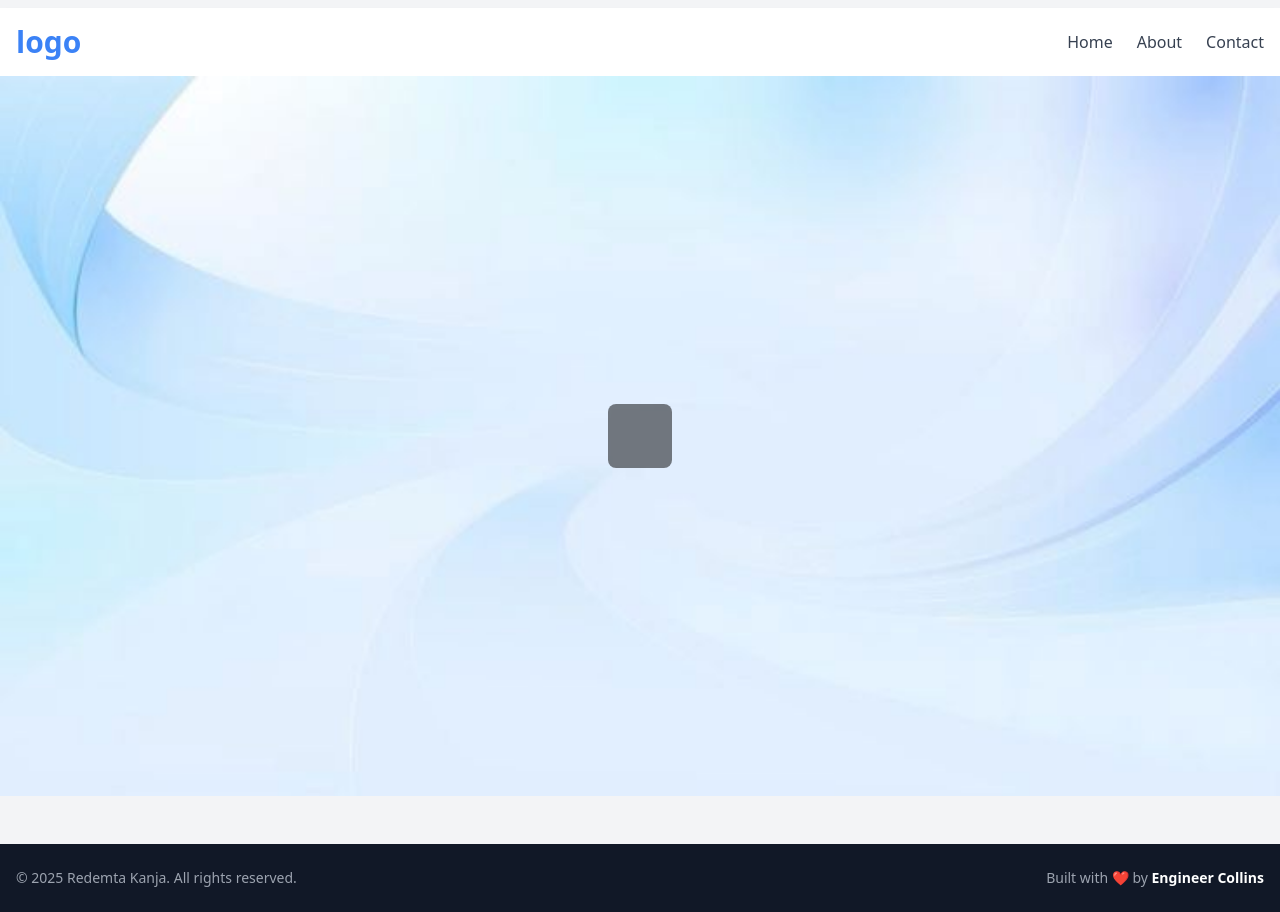
Repository: Engineer-collo/Redemta-Kanja-s-website
Page: /about
An editor plug-in stored every save of this project. The page is shown before and after a run of saves, followed by the edit.
The browser window is 1280 px wide. The pictures show the whole page.
The project was rebuilt for these pictures with package versions that can differ from the ones it lists, and the page was loaded fresh each time. Also part of the build but not shown: vite.config.js, src/pages/Home.jsx, src/pages/Contact.jsx.

Above is the page before, as saved 2025-05-17 20:38:58.

After the next 2 saves:
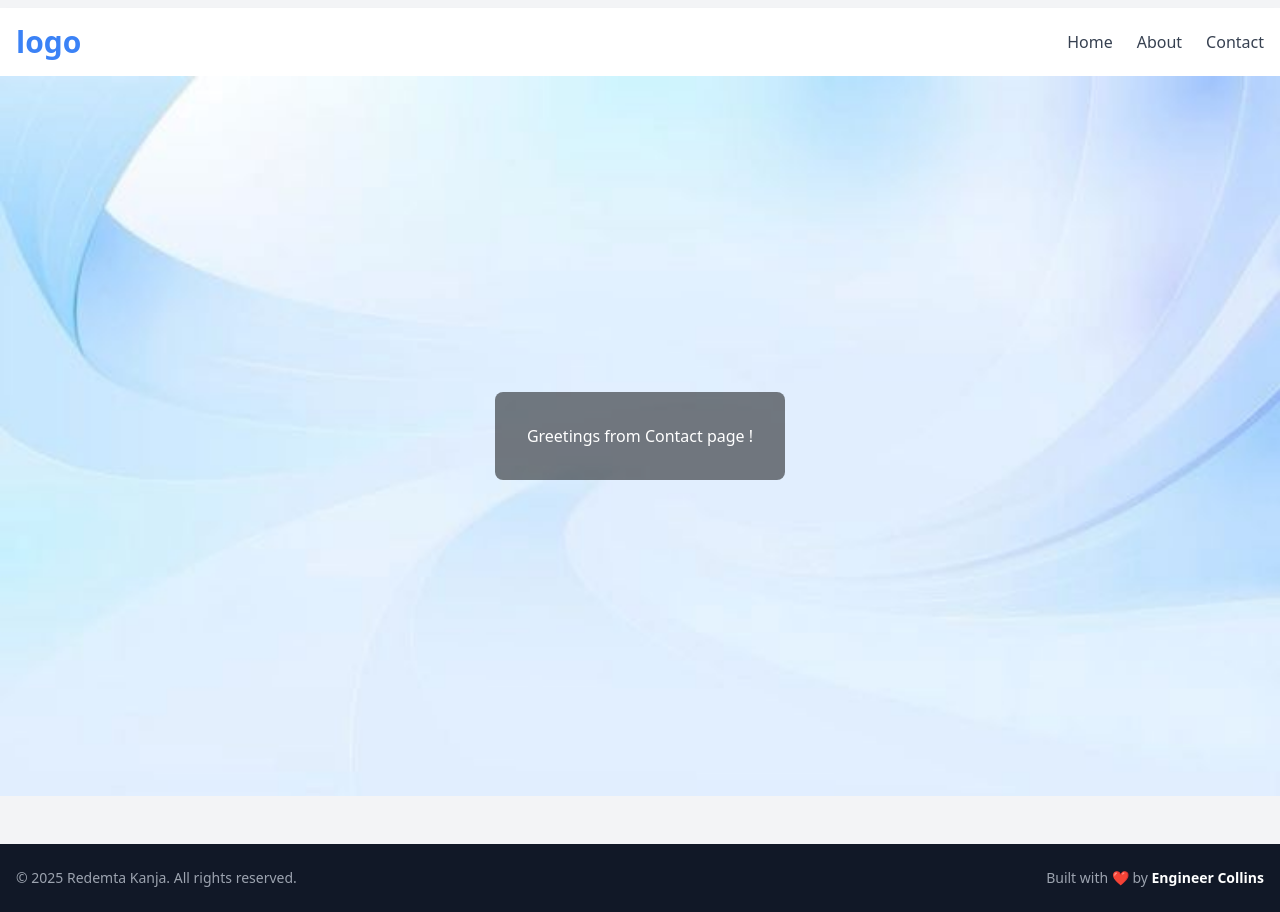
The 2 saves are shown as one change because they came seconds apart.
The last was saved 5 s later.
--- a/src/pages/About.jsx
+++ b/src/pages/About.jsx
@@ -5,6 +5,8 @@ const About = () => {
         className="bg-[url('/aboutpage.png')] bg-cover bg-center min-h-screen flex items-center justify-center text-white"
       >
         <div className="bg-black bg-opacity-50 p-8 rounded-lg">
+        <h1>Greetings from Contact page !</h1>
+
         </div>
       </div>
 
